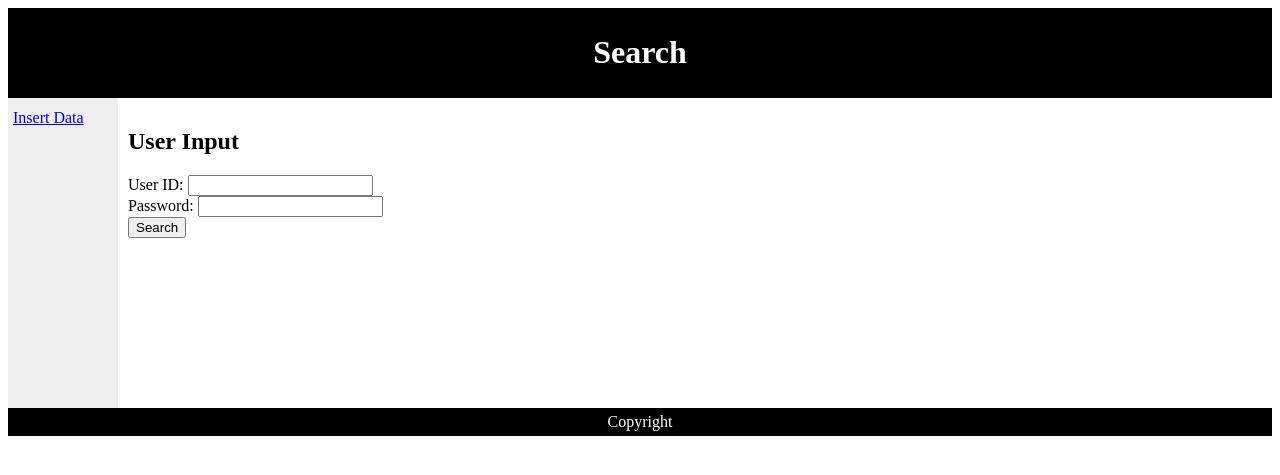
Repository: dreamxia329/TechExercise4830
Page: T3-0325-xia/T3-webProject-Xia/WebContent/search.html
An editor plug-in stored every save of this project. The page is shown before and after the next save, followed by the edit.
The browser window is 1280 px wide. The pictures show the whole page.

Above is the page before, as saved 2022-03-30 04:22:11.

After the next save:
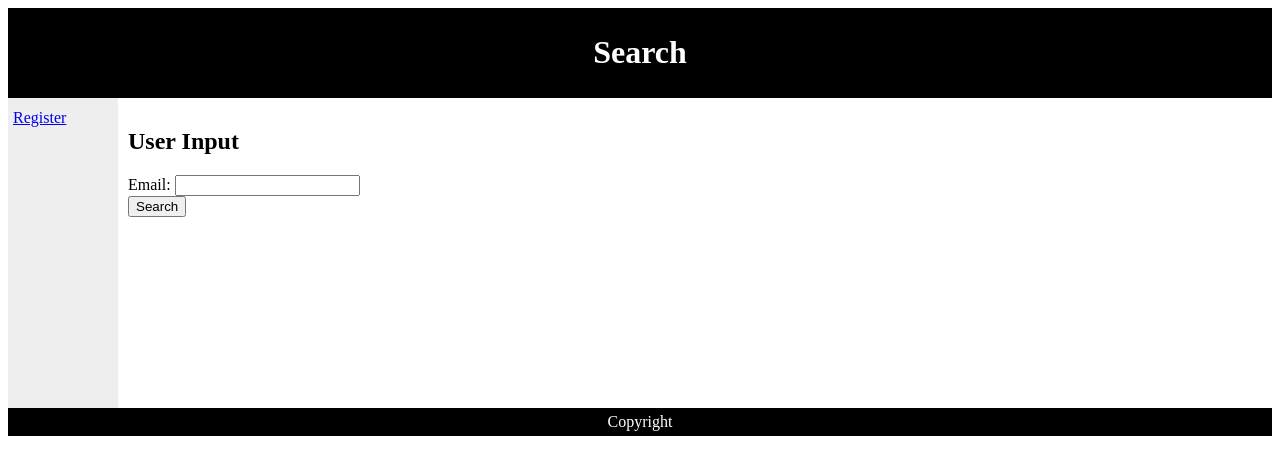
Saved 2 s later.
--- a/T3-0325-xia/T3-webProject-Xia/WebContent/search.html
+++ b/T3-0325-xia/T3-webProject-Xia/WebContent/search.html
@@ -39,16 +39,14 @@ footer {
 	</header>
 
 	<nav>
-		<a href="/T3-webProject-Xia/insert_xia.html">Insert Data</a> <br>
+		<a href="/T3-webProject-Xia/RegisterServlet.html">Register</a> <br>
 	</nav>
 
 	<section>
 		<h1>User Input</h1>
 
 		<form action="SearchServlet" method="POST">
-
-			User ID: <input type="text" name="userid"> <br />
-			Password: <input type="text" name="password"> <br />
+			Email: <input type="text" name="keyword"> <br />
 			<input type="submit" value="Search" />
 		</form>
 
